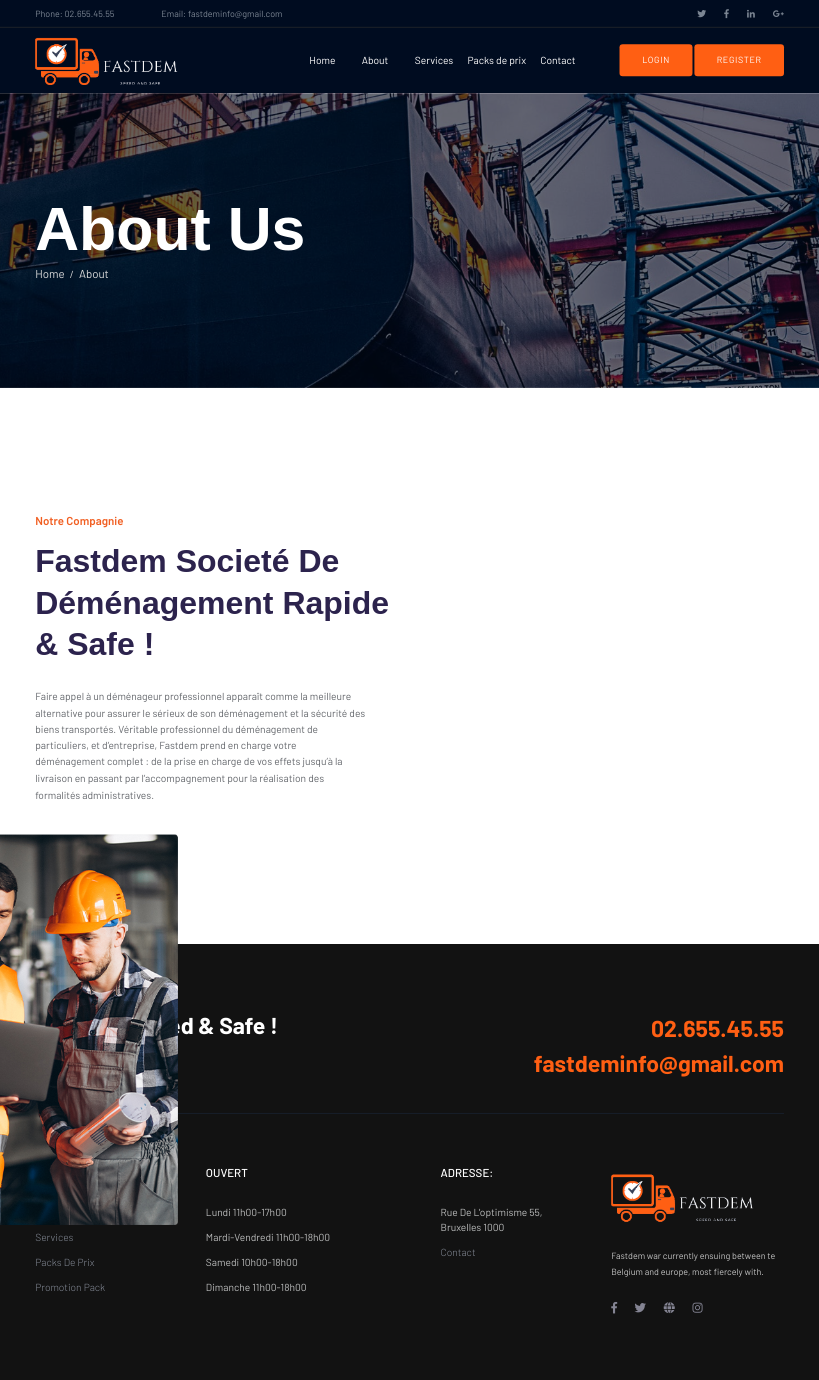
Repository: adamprefo/fastdemTFE
Page: http://localhost/about
An editor plug-in stored every save of this project. The page is shown before and after the next save, followed by the edit.
The browser window is 1280 px wide. The pictures show the whole page, at 64% of full size.
Some web fonts or font styles are not loaded; a fallback is used. The page is served by the project's Laravel application, run on PHP 8.4 with Laravel 8.

Above is the page before, as saved 2021-10-05 14:13:35.

After the next save:
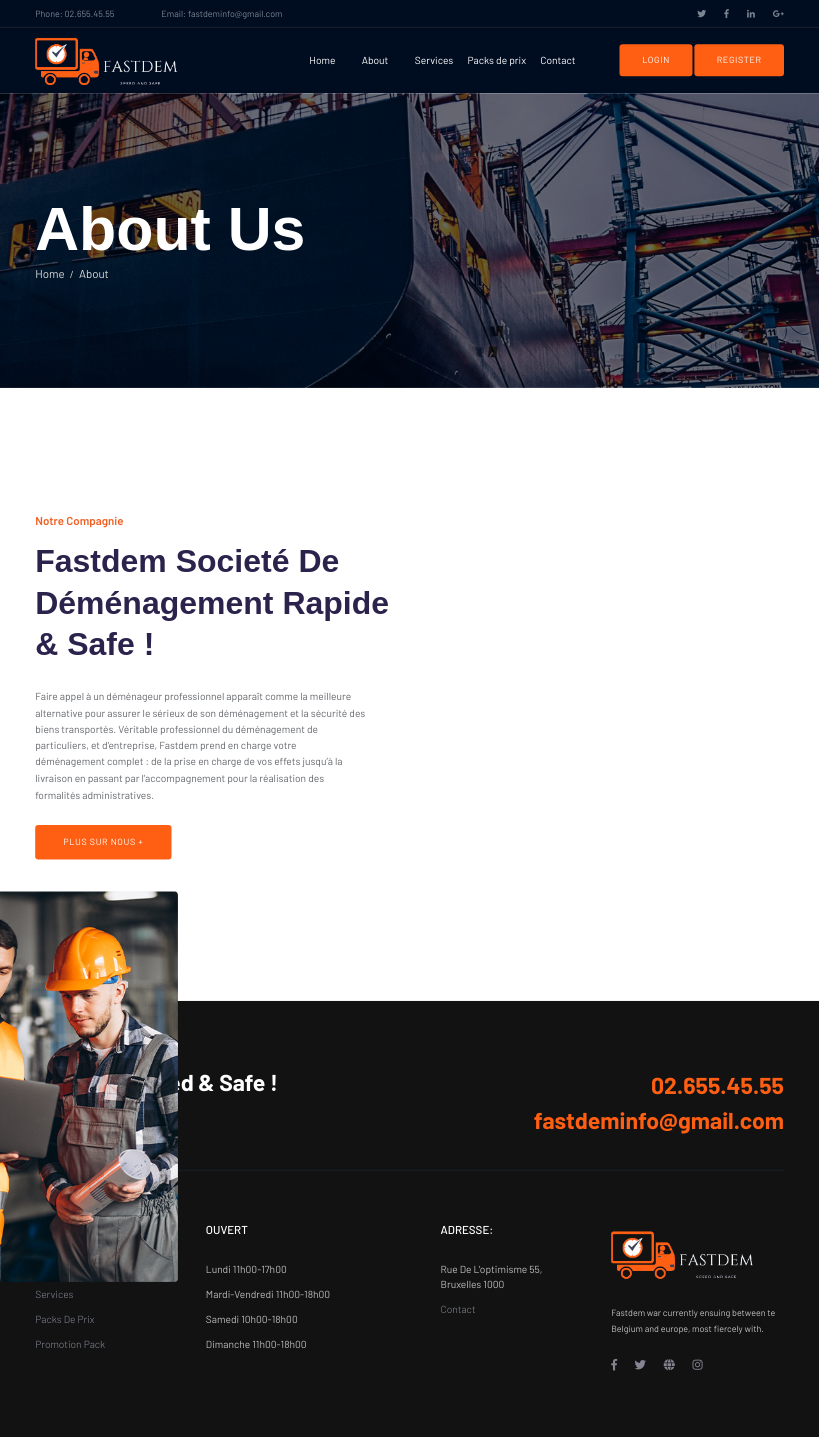
Saved 28 s later.
--- a/resources/views/about.blade.php
+++ b/resources/views/about.blade.php
@@ -256,7 +256,9 @@
                         <div class="about-caption mb-50">
                             <!-- Section Tittle -->
                             <div class="section-tittle mb-35">
-                               <span>Notre compagnie</span>
+                         <!-- Section Tittle -->
+                         <div class="section-tittle mb-35">
+                                <span>Notre compagnie</span>
 
                                 <h2>Fastdem societé de déménagement rapide & safe ! </h2>
                             </div>
@@ -264,6 +266,8 @@
                             <p>Faire appel à un déménageur professionnel apparaît comme la meilleure alternative pour assurer le sérieux de son déménagement et la sécurité des biens transportés.
                             Véritable professionnel du déménagement de particuliers, et d’entreprise, Fastdem prend en charge votre déménagement complet : de la prise en charge de vos effets jusqu’à la livraison en passant par l’accompagnement pour la réalisation des formalités administratives.
                             </p>
+                            <a href="{{ route('about') }}" class="btn">Plus sur nous +</a>
+                        </div>
                     </div>
                     <div class="col-lg-6 col-md-12">
                         <!-- about-img -->
